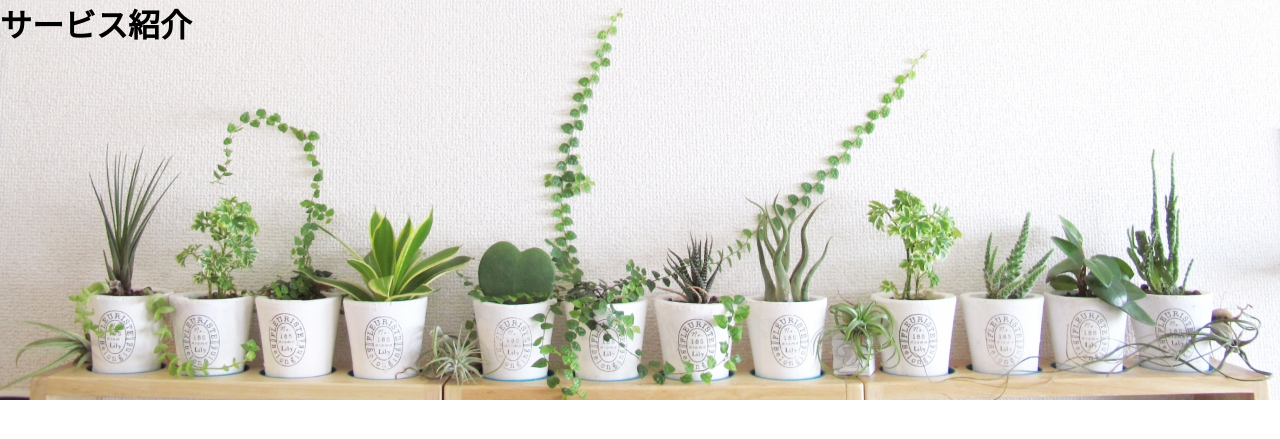
Repository: YuraTajima/DMM-all
Page: chapter7/chapter7.html
The author's editor kept a record of every edit. The page is drawn from the files as they stood at one moment, then again after the next edit.
The browser window is 1280 px wide. The pictures show the whole page.

Above is the page before.

### chapter7/chapter7.html
<!DOCTYPE html>

<html lang="ja">
  <head>

    <meta charset="utf-8" />

    <link rel="stylesheet" href="chapter7.css"  />

    <title>chapter7</title>

  </head>

  <body>

    <header>

      <h1>サービス紹介</h1>

    </header>

    <main>

      <div class="blog">



      </div>

    </main>

  </body>

</html>

### chapter7/chapter7.css
*{
  margin: 0;
  padding: 0;
  box-sizing: border-box;
}

header{
  width: 100%;
  height: 400px;
  background-image: url(img/mv.jpg);
  background-size: cover;
  background-position: bottom;
}

.header-top{

}

After the next edit:
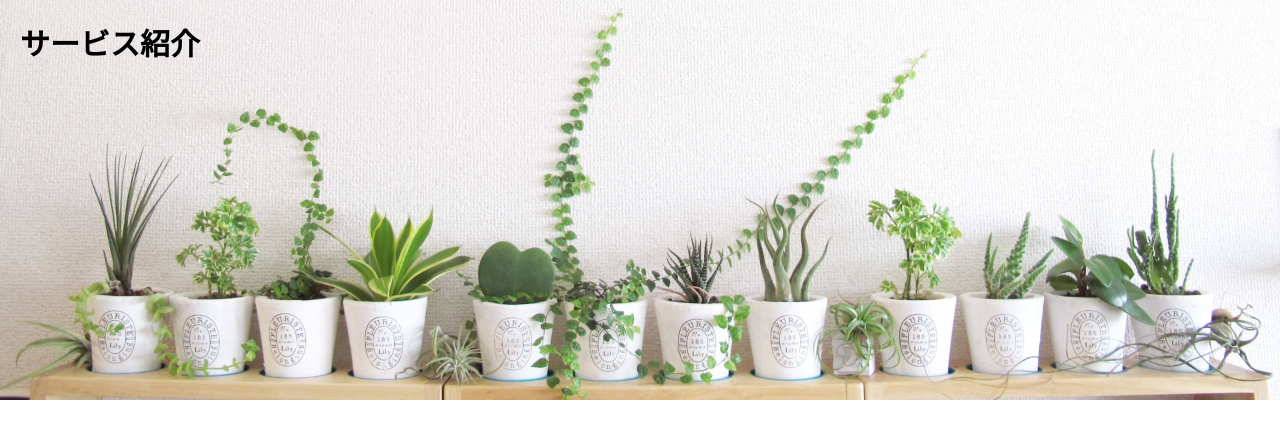
The edit:
--- a/chapter7/chapter7.css
+++ b/chapter7/chapter7.css
@@ -12,6 +12,7 @@
   background-position: bottom;
 }
 
-.header-top{
-
+h1{
+  padding: 20px;
+  font-size: 30px;
 }
